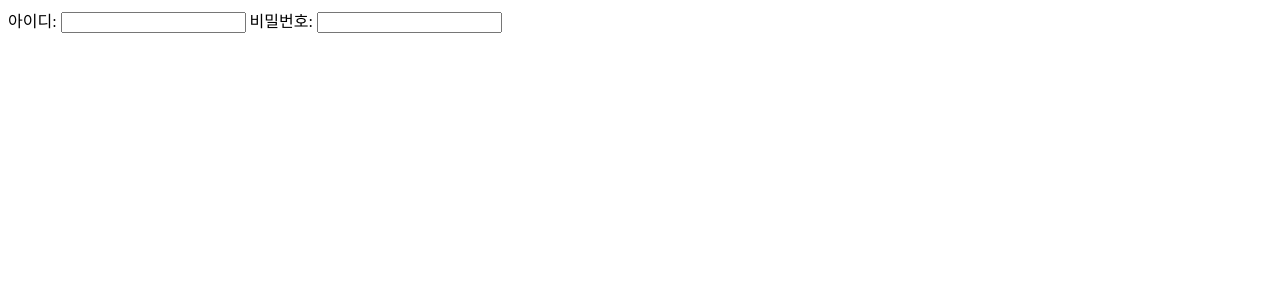
Repository: arsene-03/WorkSpace-jsp
Page: ex02/WebContent/Login.html
These files come from the project's save history. The page is drawn as it stood at one moment and after the next save; the edit follows.
The browser window is 1280 px wide. The pictures show the whole page.

Above is the page before, as saved 2021-06-07 05:57:29.

### ex02/WebContent/Login.html
<!DOCTYPE html>
<html>
<head>
<meta charset="UTF-8">
<title>Insert title here</title>
</head>
<body>
	<form action="" method="GET">
	아이디: <input type="text" name="userid">
	비밀번호: <input type="password" name="userpassword">
	</form>
</body>
</html>

After the next save:
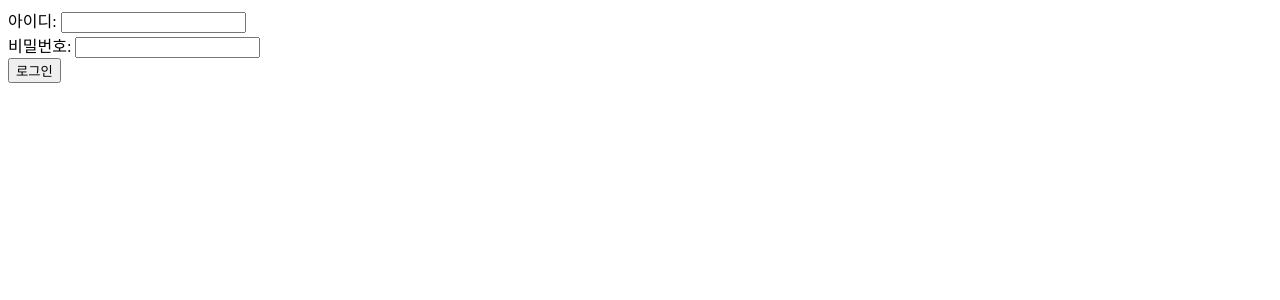
Saved 27 s later.
--- a/ex02/WebContent/Login.html
+++ b/ex02/WebContent/Login.html
@@ -6,8 +6,9 @@
 </head>
 <body>
 	<form action="" method="GET">
-	아이디: <input type="text" name="userid">
-	비밀번호: <input type="password" name="userpassword">
+	아이디: <input type="text" name="userid"> <br>
+	비밀번호: <input type="password" name="userpassword"> <br>
+	<input type="submit" value="로그인">
 	</form>
 </body>
 </html>
